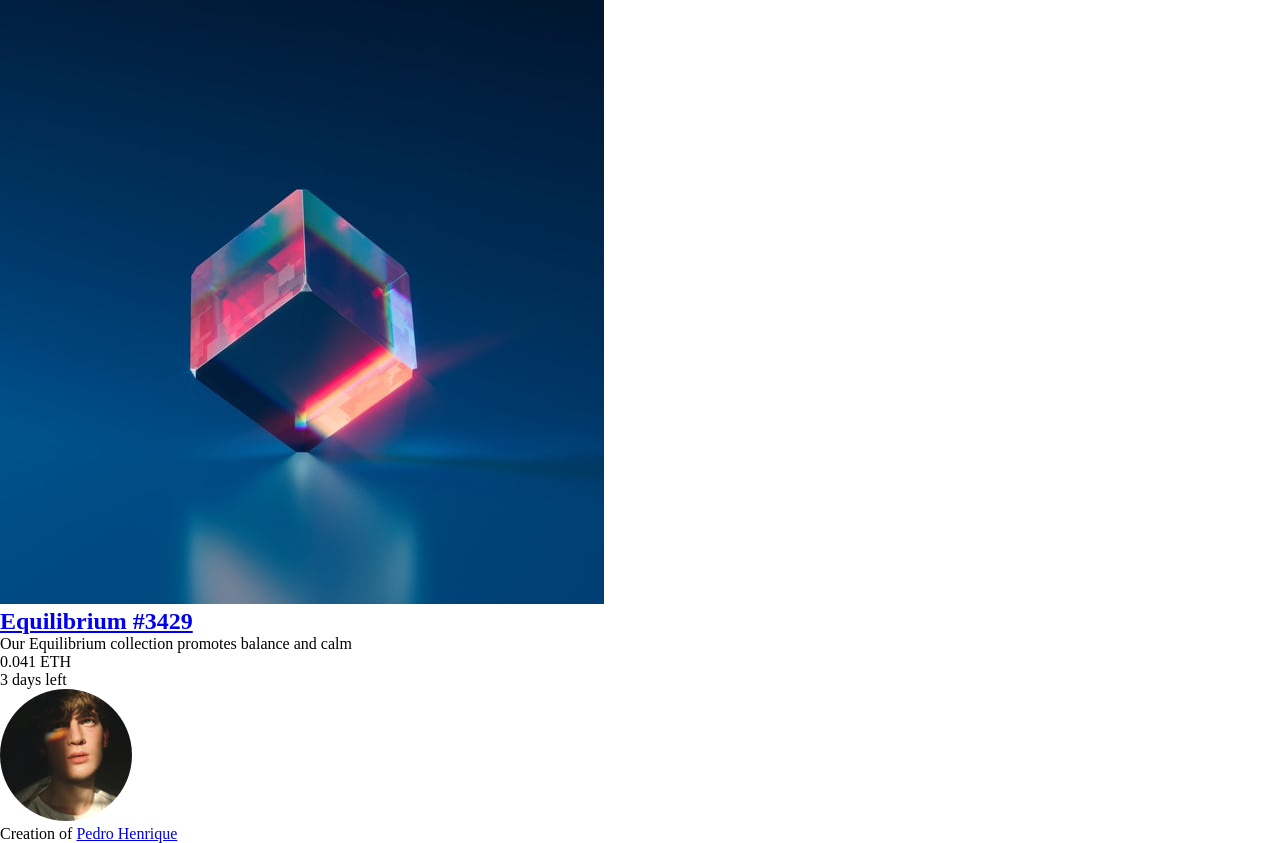
Repository: PedroHEAA/nft
Page: index.html
These files come from the project's save history. The page is drawn as it stood at one moment and after the next save; the edit follows.
The browser window is 1280 px wide. The pictures show the whole page.

Above is the page before, as saved 2022-11-03 19:35:41.

### index.html
<!DOCTYPE html>
<html lang="en">
<head>
    <meta charset="UTF-8">
    <meta http-equiv="X-UA-Compatible" content="IE=edge">
    <meta name="viewport" content="width=device-width, initial-scale=1.0">
    <meta name="description" content="Esse é um projeto do front end mentor, para eu desenvolver habilidades técnicas para ficar cada dia melhor">
    <link rel="stylesheet" href="src/css/reset.css">
    <link rel="stylesheet" href="src/css/style.css">
    <link rel="stylesheet" href="src/css/variables.css">
    <link rel="shortcut icon" href="src/images/favicon-32x32.png" type="image/x-icon">
    <title>NFT - preview card component</title>
</head>
<body>
    <main class="container">
        <div class="card">

            <a href="#">
                <img src="src/images/image-equilibrium.jpg" alt="Equilibrium NFT image">
            </a>

                <a href="#">
                    <h2 class="title">Equilibrium #3429</h2>
                </a>

                <p>Our Equilibrium collection promotes balance and calm</p>

                <div class="info-element">
                    <p>0.041 ETH</p>
                    <p>3 days left</p>
                </div>

            <div class="creator">
                <img src="src/images/image-avatar.png" alt="NFT creator">
                <p> Creation of <a href="#">Pedro Henrique</a></p>
            </div>
        </div>
    </main>
</body>
</html>

### src/css/style.css
body{
    background-color: var(--main-bg);
}

### src/css/variables.css
:root{
    --main-color: hsl(217, 54%, 11%);
}

Loaded but not shown: src/css/reset.css (common file)

After the next save:
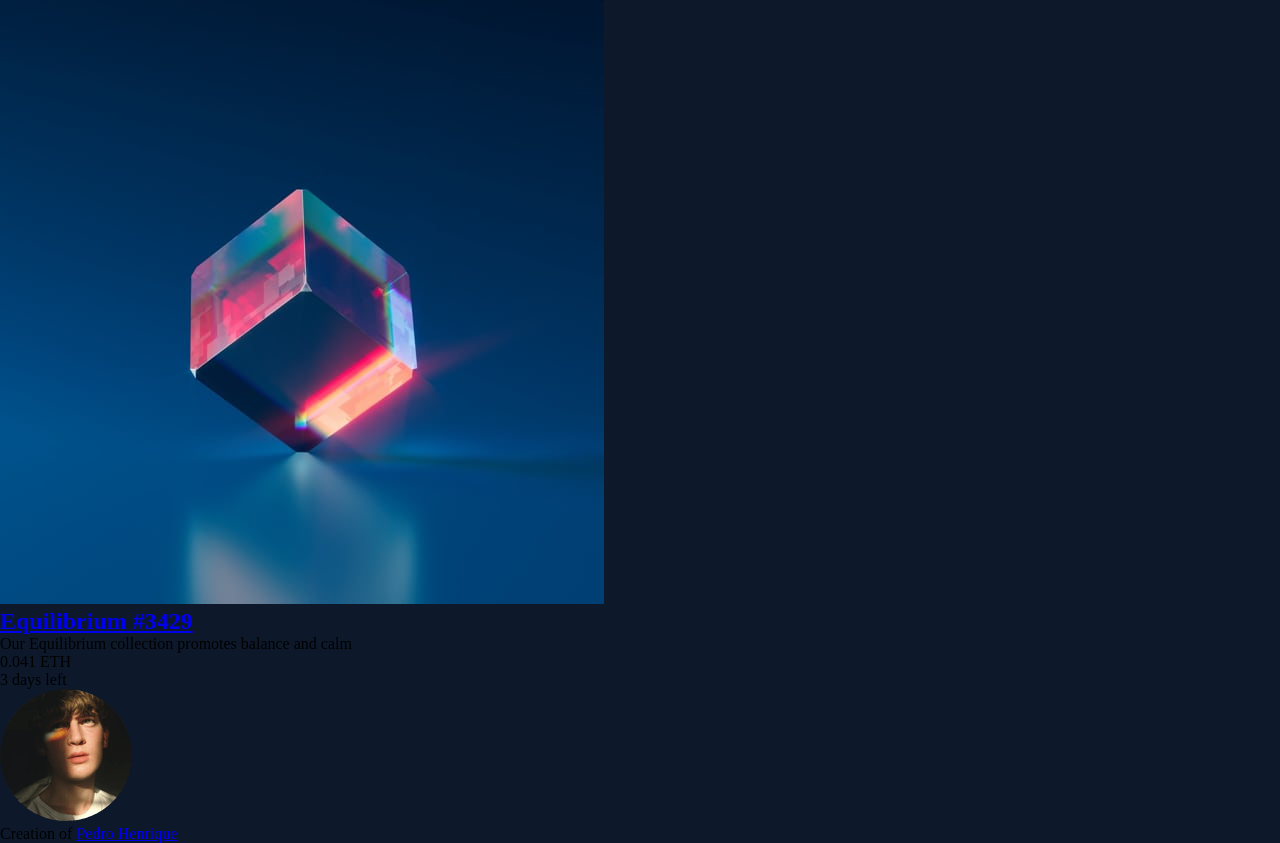
Saved 14 s later.
--- a/src/css/style.css
+++ b/src/css/style.css
@@ -1,3 +1,3 @@
 body{
-    background-color: var(--main-bg);
+    background-color: var(--main-color);
 }
